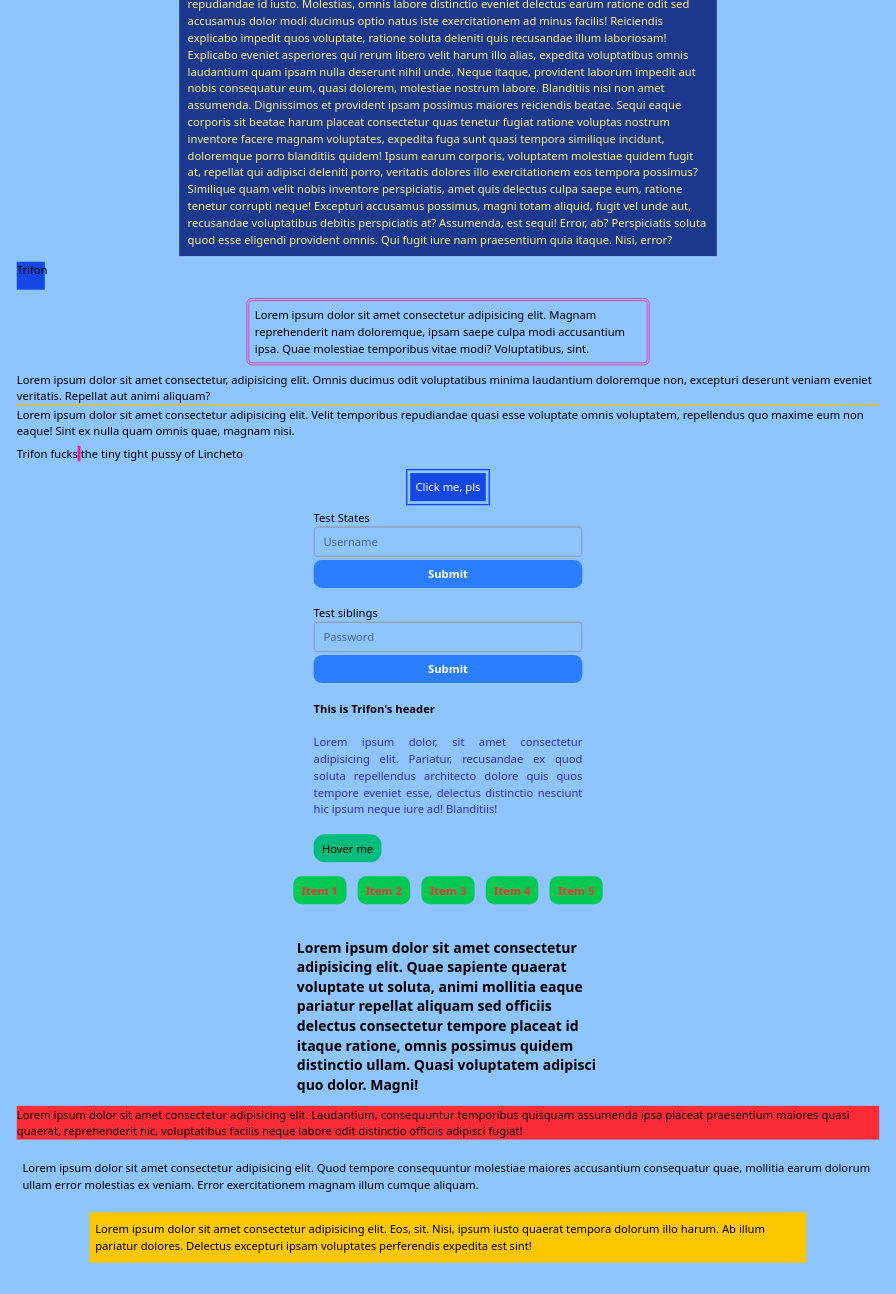
Repository: DinTri/TailwindCss
Page: index.html
These files come from the project's save history. The page is drawn as it stood at one moment and after the next save; the edit follows.
The browser window is 1280 px wide. The pictures show the part of the page from y = 1817 to 3737 px (the page is 3665 px tall before and 3737 px after), at 70% of full size.
Some web fonts or font styles are not loaded; a fallback is used.

Above is the page before, as saved 2025-06-15 22:41:58.

### index.html
<!DOCTYPE html>
<html lang="en">
  <head>
    <meta charset="UTF-8">
    <meta name="viewport" content="width=device-width, initial-scale=1">
    <title>Play with Tailwind</title>
    <link rel="preconnect" href="https://fonts.googleapis.com">
<link rel="preconnect" href="https://fonts.gstatic.com" crossorigin>
<link href="https://fonts.googleapis.com/css2?family=Edu+VIC+WA+NT+Hand+Pre:wght@400..700&display=swap" rel="stylesheet">
    <link rel="stylesheet" href="style.css">
    </head>
  <body class="h-screen bg-blue-300">
    <div class="m-2 p-4 space-y-2">
      <section class="text-center py-6">
  <h1 class="text-5xl leading-tight font-bold">
    Welcome to Our Product
  </h1>
  <p class="text-xl leading-relaxed mt-4">
    Discover features that will change the way you work.
  </p>
</section>
<div class="product-description">
  <h2 class="text-2xl leading-snug">
    Product Features
  </h2>
  <ul class="list-disc pl-5 leading-normal">
    <li>High-quality materials</li>
    <li>Innovative design</li>
    <li>Exceptional performance</li>
  </ul>
</div>
<form class="max-w-md mx-auto">
  <label id="testLabel" class="block text-sm leading-tight mb-2">
    Email Address
  </label>
  <input type="email" aria-labelledby="testLabel" class="w-full border rounded px-3 py-2 mb-4">
  <small class="text-xs leading-snug text-gray-600">
    We'll never share your email with anyone else.
  </small>
</form>
    <p class="text-3xl leading-none">Lorem ipsum dolor sit amet consectetur adipisicing elit. Nulla, aliquam cupiditate! Blanditiis ipsum, voluptas necessitatibus vel eos suscipit nam possimus ducimus magni consequuntur earum numquam. Omnis ut voluptatum aliquam, architecto sed ad, velit magnam voluptate delectus, a maxime minima at ullam temporibus?</p>
    <p class="text-base leading-normal font-[var(--font-extbold)]">
  This text scales smoothly with font size changes.
</p>
<h1 class="text-4xl leading-10 text-right">
  Precise Heading Alignment
</h1>
<p class="text-2xl font-medium text-[var(--color-deeppink)]">
  This text is deep pink!
</p>
<div class="bg-black p-4">
<p class="text-2xl text-[var(--color-turquoise)]">
  This text uses a custom turquoise color!
</p>
</div>
<div class="bg-gray-100 p-4">
  <p class="text-[#000080] text-2xl">
    This navy blue text stands out on a light gray background.
  </p>
  <p class="line-through">Lorem ipsum, dolor sit amet consectetur adipisicing elit. Porro id suscipit quaerat minus corporis hic nobis ipsa ut distinctio esse?</p>
  <p class="underline underline-offset-4">Lorem ipsum dolor sit amet consectetur adipisicing elit. Cum placeat laboriosam illum officia aliquid quibusdam sed perferendis temporibus a architecto?</p>
  <p class="underline decoration-amber-500 decoration-wavy">Lorem ipsum dolor sit amet consectetur adipisicing elit. Illo, explicabo! Omnis odit non eum tempore corrupti atque illum nemo libero.</p>
</div>
<ul class="list-[upper-roman] p-[revert]">
  <li>item 1</li>
  <li>item 2</li>
  <li>item 3</li>
</ul>
<ul class="list-emoji pl-6">
  <li class="before:content-['🔥'] before:mr-2">Fire</li>
  <li class="before:content-['⭐'] before:mr-2">Star</li>
  <li class="before:content-['🍆'] before:mr-2">Dick</li>
  <li class="before:content-['👉👌💦'] before:mr-2">Fuck</li>
  <li class="before:content-['💖💗🥰💞'] before:mr-2">Love</li>
</ul>
<p class="text-lg/relaxed">
  The font size is `lg`, and the line height is `relaxed`.
</p>
<p class="leading-relaxed" lang="ja">
  日本語のテキストがここに入ります。
</p>
<p class="leading-[1.45]">
  This paragraph has a custom line height of 1.45.
</p>
<p class="text-justify">Lorem ipsum dolor sit amet consectetur, adipisicing elit. Accusantium quasi porro harum recusandae, molestiae reprehenderit fugiat aut, voluptate in voluptatem corporis, error quod veritatis cum esse consequatur est quidem ratione officia vel tenetur quas incidunt. Molestias eligendi praesentium tenetur reprehenderit provident ipsam voluptates deleniti, animi quas velit. Fugiat, aliquam earum!</p>
<h1 class="leading-[3rem] text-center">
  Heading with a line height of 3rem.
</h1>
<p class="text-2xl/8 text-end">
  The font size is `2xl`, and the line height is `2rem` (32px).
</p>
<p class="leading-normal md:leading-relaxed lg:leading-loose text-start" dir="rtl">
  This paragraph's line height changes on medium and large screens.
</p>
<p class="text-base leading-6 mb-6">
  Paragraph with a line height of 24px and a bottom margin of 24px.
</p>
<div class="space-y-2">
  <p class="bg-[var(--color-deeppink)]">Lorem ipsum, dolor sit amet consectetur adipisicing elit. Necessitatibus earum ducimus pariatur doloribus nihil perferendis soluta enim natus optio expedita commodi amet ipsum minus dolor libero aspernatur temporibus, nulla quibusdam, excepturi iste eveniet consequuntur maxime ut. Corporis ipsam accusantium hic quisquam in temporibus odio voluptate.</p>
  <p class="bg-blue-600">Lorem ipsum, dolor sit amet consectetur adipisicing elit. Ea voluptatum rem esse ipsum tempora reiciendis nulla eum, omnis, provident repellat culpa? Explicabo ad expedita ipsum est, architecto illo nulla reprehenderit earum non at, minima consequatur fugiat repudiandae? Suscipit laboriosam deserunt harum doloremque odio nam facere doloribus quae blanditiis, cum itaque?</p>
</div>
<div class="space-x-8">
  <span class="bg-blue-500">Lorem ipsum, dolor sit amet consectetur adipisicing elit. Voluptatibus, facere labore. Ratione molestias esse tempore mollitia, illo voluptatum beatae ut!</span><span class="bg-yellow-500">Lorem ipsum dolor sit amet consectetur adipisicing elit. Ullam nihil perspiciatis iste laboriosam est sit dignissimos a nemo expedita nostrum quo repellat, itaque ipsam pariatur?</span>
</div>
<p class="bg-black text-yellow-200 w-60">Lorem ipsum dolor sit amet consectetur adipisicing elit. Animi, eos.</p>
<div class="bg-blue-900 text-yellow-200 max-w-screen-md mx-auto p-3">Lorem ipsum dolor sit amet consectetur, adipisicing elit. Dolores ut dolor ad fugit rerum velit dicta repudiandae id iusto. Molestias, omnis labore distinctio eveniet delectus earum ratione odit sed accusamus dolor modi ducimus optio natus iste exercitationem ad minus facilis! Reiciendis explicabo impedit quos voluptate, ratione soluta deleniti quis recusandae illum laboriosam! Explicabo eveniet asperiores qui rerum libero velit harum illo alias, expedita voluptatibus omnis laudantium quam ipsam nulla deserunt nihil unde. Neque itaque, provident laborum impedit aut nobis consequatur eum, quasi dolorem, molestiae nostrum labore. Blanditiis nisi non amet assumenda. Dignissimos et provident ipsam possimus maiores reiciendis beatae. Sequi eaque corporis sit beatae harum placeat consectetur quas tenetur fugiat ratione voluptas nostrum inventore facere magnam voluptates, expedita fuga sunt quasi tempora similique incidunt, doloremque porro blanditiis quidem! Ipsum earum corporis, voluptatem molestiae quidem fugit at, repellat qui adipisci deleniti porro, veritatis dolores illo exercitationem eos tempora possimus? Similique quam velit nobis inventore perspiciatis, amet quis delectus culpa saepe eum, ratione tenetur corrupti neque! Excepturi accusamus possimus, magni totam aliquid, fugit vel unde aut, recusandae voluptatibus debitis perspiciatis at? Assumenda, est sequi! Error, ab? Perspiciatis soluta quod esse eligendi provident omnis. Qui fugit iure nam praesentium quia itaque. Nisi, error?</div>
<div class="bg-blue-700 size-10 mb-3">Trifon</div>
<p class="max-w-xl mx-auto border-4 border-[#ff1493] border-double rounded-lg p-2">Lorem ipsum dolor sit amet consectetur adipisicing elit. Magnam reprehenderit nam doloremque, ipsam saepe culpa modi accusantium ipsa. Quae molestiae temporibus vitae modi? Voluptatibus, sint.</p>
<div class="divide-y-2 divide-amber-400">
  <p class="">Lorem ipsum dolor sit amet consectetur, adipisicing elit. Omnis ducimus odit voluptatibus minima laudantium doloremque non, excepturi deserunt veniam eveniet veritatis. Repellat aut animi aliquam?</p>
  <p class="">Lorem ipsum dolor sit amet consectetur adipisicing elit. Velit temporibus repudiandae quasi esse voluptate omnis voluptatem, repellendus quo maxime eum non eaque! Sint ex nulla quam omnis quae, magnam nisi.</p>
</div>
<div class="divide-x-4 divide-[#ff1493] mb-4"><span>Trifon fucks</span><span>the tiny tight pussy of Lincheto</span></div>
<button class="outline-2 outline-blue-700 outline-offset-4 p-2 flex items-center justify-center mx-auto bg-blue-700 text-white mb-3 cursor-pointer">Click me, pls</button>
<form class="max-w-sm mx-auto space-y-6">
  <div>
  <label for="my">Test States</label>
  <input minlength="6" placeholder="Username" type="text" id="my" class="peer/username w-full border-slate-400 border-2 rounded-md px-3 py-2 mb-1 focus:outline-sky-600" />
  <p class="text-red-500 hidden peer-focus/username:block">Minimum 6 chars</p>
  <button type="submit" class="w-full bg-blue-500 text-white px-3 py-2 cursor-pointer rounded-xl font-semibold hover:bg-sky-700 hover:font-bold active:bg-red-500">Submit</button>
  </div>
  <div>
  <label for="my">Test siblings</label>
  <input minlength="8" type="password" id="my" placeholder="Password" class="peer/password w-full border-slate-400 border-2 rounded-md px-3 py-2 mb-1 focus:outline-sky-600" />
  <p class="text-red-500 hidden peer-invalid/password:block">Minimum 8 chars</p>
  <button type="submit" class="w-full bg-blue-500 text-white px-3 py-2 cursor-pointer rounded-xl font-semibold hover:bg-sky-700 hover:font-bold active:bg-red-500">Submit</button>
  </div>
</form>

<div class="group/parent1 space-y-6 max-w-sm mx-auto mt-6 hover:bg-[#ff1453]">
  <h3 class="font-semibold group-hover/parent1:text-white">This is Trifon's header</h3>
  <p class="text-indigo-800 text-justify group-hover/parent1:text-white">Lorem ipsum dolor, sit amet consectetur adipisicing elit. Pariatur, recusandae ex quod soluta repellendus architecto dolore quis quos tempore eveniet esse, delectus distinctio nesciunt hic ipsum neque iure ad! Blanditiis!</p>
  <button disabled class="group/parent2 group-hover:text-white bg-emerald-800 rounded-2xl disabled:bg-emerald-500 disabled:cursor-not-allowed px-3 py-2">Hover me <span class="hidden group-hover/parent2:inline text-white">You will see some magic, just hover me. Yeah... but you are disabled, shame on you</span></button></div>
  <ul class="flex justify-center align-items:center gap-4 py-3 mx-auto *:text-red-500 font-semibold *:bg-green-500 *:inline *:rounded-xl *:px-3 *:py-2" >
    <li class="">Item 1</li>
    <li class="">Item 2</li>
    <li class="">Item 3</li>
    <li class="">Item 4</li>
    <li class="">Item 5</li>
  </ul>
  <div class="flex flex-col justify-center items-center py-3 mx-auto">
    <p class="max-w-sm mx-auto px-2 py-4 text-sm md:text-xl lg:max-w-md xs:text-3xl font-semibold">Lorem ipsum dolor sit amet consectetur adipisicing elit. Quae sapiente quaerat voluptate ut soluta, animi mollitia eaque pariatur repellat aliquam sed officiis delectus consectetur tempore placeat id itaque ratione, omnis possimus quidem distinctio ullam. Quasi voluptatem adipisci quo dolor. Magni!</p>
    <p class="bg-red-500 md:max-lg:bg-blue-600 mb-4">Lorem ipsum dolor sit amet consectetur adipisicing elit. Laudantium, consequuntur temporibus quisquam assumenda ipsa placeat praesentium maiores quasi quaerat, reprehenderit hic, voluptatibus facilis neque labore odit distinctio officiis adipisci fugiat!</p>
    <p class="px-2 py-3 sup-xs:bg-deeppink sup-md:bg-turquoise sup-lg:text-pink can-hover:hover:underline touch:bg-gray max-sm:font-edu mb-4">Lorem ipsum dolor sit amet consectetur adipisicing elit. Quod tempore consequuntur molestiae maiores accusantium consequatur quae, mollitia earum dolorum ullam error molestias ex veniam. Error exercitationem magnam illum cumque aliquam.</p>
    <p class="px-2 py-3 bg-yellow-400 md-to-lg:bg-blue-600 mb-4 max-w-screen-lg">Lorem ipsum dolor sit amet consectetur adipisicing elit. Eos, sit. Nisi, ipsum iusto quaerat tempora dolorum illo harum. Ab illum pariatur dolores. Delectus excepturi ipsam voluptates perferendis expedita est sint!</p>

  </div>
</div>

  </body>
</html>

Loaded but not shown: style.css (2230 lines, source omitted)

After the next save:
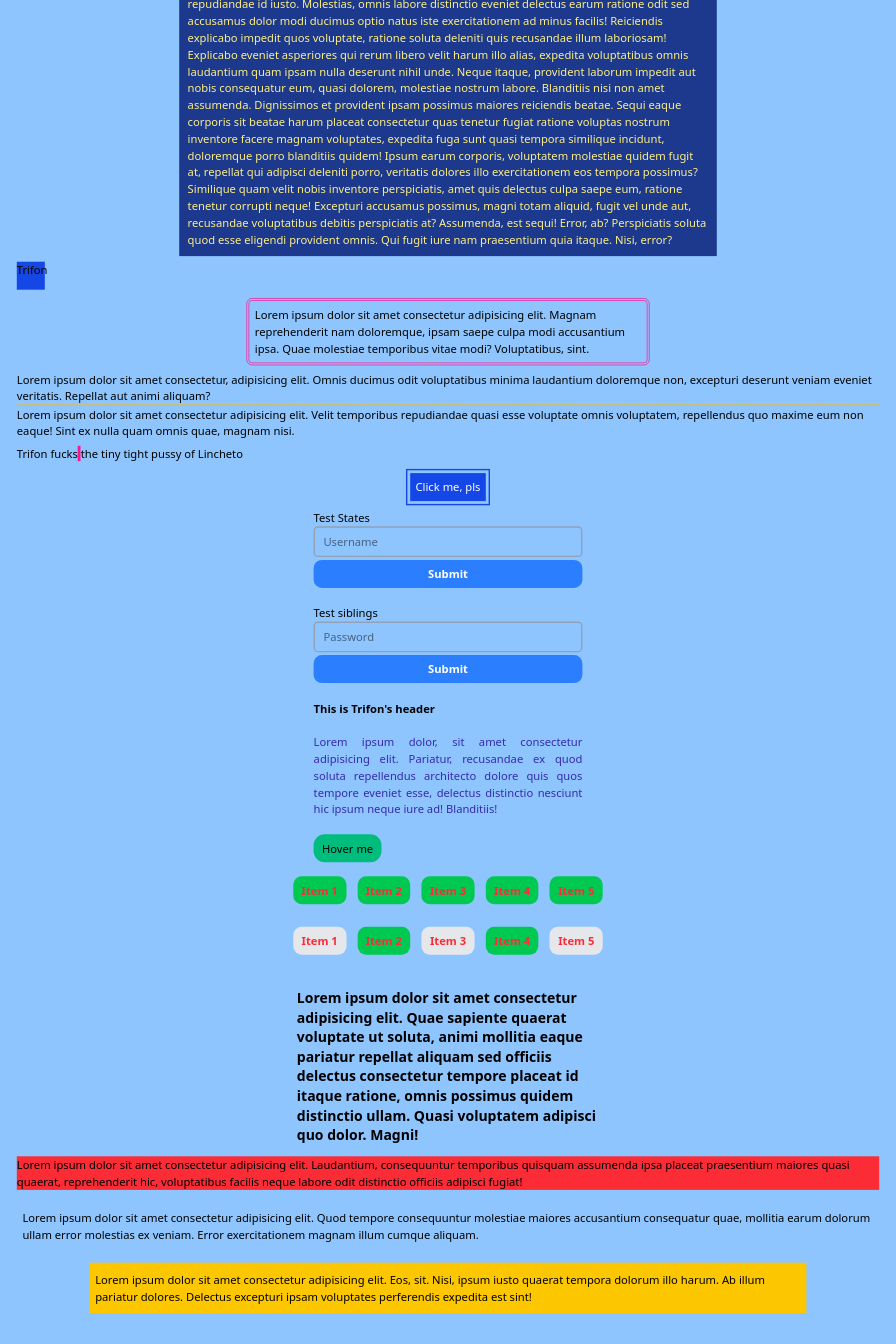
Saved 24 s later.
--- a/index.html
+++ b/index.html
@@ -138,6 +138,13 @@
     <li class="">Item 4</li>
     <li class="">Item 5</li>
   </ul>
+  <ul class="custom-list flex justify-center items-center gap-4 py-3 mx-auto font-semibold">
+  <li>Item 1</li>
+  <li>Item 2</li>
+  <li>Item 3</li>
+  <li>Item 4</li>
+  <li>Item 5</li>
+</ul>
   <div class="flex flex-col justify-center items-center py-3 mx-auto">
     <p class="max-w-sm mx-auto px-2 py-4 text-sm md:text-xl lg:max-w-md xs:text-3xl font-semibold">Lorem ipsum dolor sit amet consectetur adipisicing elit. Quae sapiente quaerat voluptate ut soluta, animi mollitia eaque pariatur repellat aliquam sed officiis delectus consectetur tempore placeat id itaque ratione, omnis possimus quidem distinctio ullam. Quasi voluptatem adipisci quo dolor. Magni!</p>
     <p class="bg-red-500 md:max-lg:bg-blue-600 mb-4">Lorem ipsum dolor sit amet consectetur adipisicing elit. Laudantium, consequuntur temporibus quisquam assumenda ipsa placeat praesentium maiores quasi quaerat, reprehenderit hic, voluptatibus facilis neque labore odit distinctio officiis adipisci fugiat!</p>
